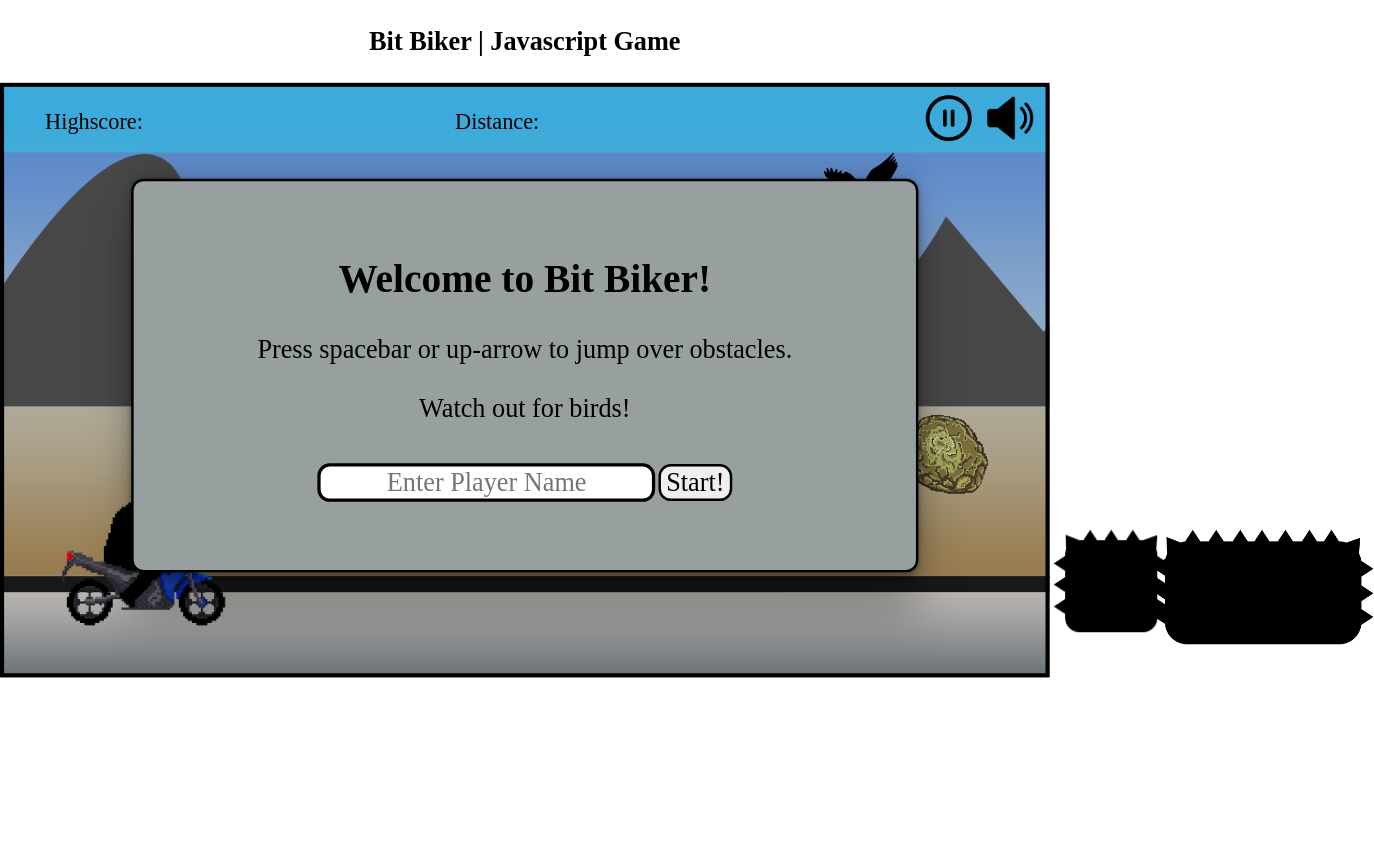
Repository: jellymel0n/bit-biker
Page: index.html
The author's editor kept a copy of each file at every save. The page is drawn from the files as they stood at one save, then again after a run of saves.
The browser window is 1280 px wide. The page is 1675 px wide, then 1645 px, so the pictures cover 1675 px, including what lies to the right of the window. The pictures show the whole page, at 82% of full size.

Above is the page before, as saved 2021-07-07 14:42:06.

### index.html
<!DOCTYPE html>
<html lang="en">
<head>
    <meta charset="UTF-8">
    <meta http-equiv="X-UA-Compatible" content="IE=edge">
    <meta name="viewport" content="width=device-width, initial-scale=1.0">
    <!-- CSS reset/normalize -->
    <link rel="stylesheet" href="styles/normalize-fwd.css">
    <!-- Local CSS -->
    <link rel="stylesheet" href="styles/styles.css">
    <title>Bit Biker | Javascript Game</title>
</head>
<body>
    <h1>Bit Biker | Javascript Game</h1>

    <main id="game-board">
        <div id="song">
            <audio id='song-playback' currentTime=''>
                <source src="assets/music/run-song.mp3" type="audio/mp3" />
                Your browser does not support audio playback
            </audio>
        </div>
        <!-- Game board header -->
        <div id='game-header'>
            <p id='highscore-text'>Highscore: </p>
            <p id='distance-text'>Distance: </p>
            <div id='btn-pause'>
                <img src="assets/graphics/icons/pause.png" alt="pause button, circle around a pause icon">
            </div>
            <div id='btn-volume'>
                <img src="assets/graphics/icons/volume.png" alt="volume button, speaker icon">
            </div>
            <div id="btn-mute">
                <img src='assets/graphics/icons/mute.png' alt='mute button, speaker icon crossed out'>
            </div>
        </div>
        <!-- End of game board header -->

        <!-- Splash screen - intro -->
        <div id='splash-screen'>
            <h2 id='splash-header'>Welcome to Bit Biker!</h2>
            <p id='splash-text'>Press spacebar or up-arrow to jump over obstacles.<br><br>Watch out for birds!</p>

            <div id="splashInput">
                <input id='player-name' type='text' placeholder='Enter Player Name'>
                <button id='savePlayer'>Start!</button>
            </div>
        </div>
        <!-- End of splash screen -->

        <!-- Pause Screen -->
        <div id="pause-screen">
            <h2>Game Paused</h2>
            <p id='pause-text'>
                To get gameplay instructions click the "Help" button<br>
                To quit the game and go back to the splash screen click "Quit".<br>
                To go back to the game, click "X" in the top corner.</p>
            <div id="pause-close">
                <img src="assets/graphics/icons/remove.png" alt="Close icon, an X with a circle around it.">
            </div>
            <div id="pause-btns">
                <div id="help-btn">
                    <p id="help-btn-text">Help</p>
                </div>
                <div id="quit-btn">
                    <p id="quit-text">Quit</p>
                </div>
            </div>
        </div>
        <!-- End of Pause Screen -->

        <!-- Help Screen -->
        <div id="help-screen">
            <h2>Gameplay Instructions</h2>
            <p id='help-text'>
                Press the spacebar or up arrow to jump, hold to jump higher.<br>
                Avoid obstacles in the road as well as birds flying above.<br>
                Rocks cannot hurt you, only spiked blocks and birds can.
                <br>
                To mute click the speaker icon in the top corner.
            </p>
            <div id="help-btns">
                <div id="resume-btn">
                    <p>Resume</p>
                </div>
                <div id="help-quit-btn">
                    <p id="quit-text">Quit</p>
                </div>
            </div>
        </div>
        <!-- End of Help Screen -->

    </main>

<!-- jQuery CDN script-->
<script src="https://code.jquery.com/jquery-3.6.0.min.js" integrity="sha256-/xUj+3OJU5yExlq6GSYGSHk7tPXikynS7ogEvDej/m4=" crossorigin="anonymous"></script>
<!-- Local JS script -->
<script src='scripts/script.js'></script>
</body>
</html>

### styles/styles.css
h1 {
    text-align: center;
    margin: 2rem auto;
}

#game-board {
    width: 80rem;
    height: 725px;
    border: 5px solid black;
    /* border-radius: 10%; */
    margin: 0 auto;
    position: relative;
    /* overflow: hidden; */
}

/* Game board header */
div#game-header {
    display: flex;
    justify-content: space-around;
    width: 100%;
    height: 5rem;
    background-color: rgba(1, 255, 255, 0.297);

}

#highscore-text,
#distance-text {
    position: absolute;
}

#highscore-text {
    font-size: 1.7rem;
    left: 50px;
}

#distance-text {
    font-size: 1.7rem;
    left: 550px;
}

#btn-pause img {
    position: absolute;
    width: 3.5rem;
    right: 90px;
    top: 10px;
}

#btn-pause img:hover {
    transform: scale(1.1);
    cursor: pointer;
}

#btn-volume img,
#btn-mute img {
    position: absolute;
    width: 3.5rem;
    right: 15px;
    top: 10px;
}

#btn-volume img:hover,
#btn-mute img:hover  {
    transform: scale(1.1);
    cursor: pointer;
}

#btn-mute {
    display: none;
}

/* end of game board header */

/* Splash screen styles */
#splash-screen {
    width: 60rem;
    height: 30rem;
    z-index: 5;
    margin: 2rem auto;
    border: 3px solid black;
    border-radius: 15px;
    align-content: center;
    background-color: rgb(152, 159, 159);
    box-shadow: rgba(0, 0, 0, 0.25) 0px 54px 55px, rgba(0, 0, 0, 0.12) 0px -12px 30px, rgba(0, 0, 0, 0.12) 0px 4px 6px, rgba(0, 0, 0, 0.17) 0px 12px 13px, rgba(0, 0, 0, 0.09) 0px -3px 5px;
}

#splash-screen h2 {
    text-align: center;
    font-size: 3rem;
}

#splash-text {
    text-align: center;
    font-size: 2rem;
    margin: 0 1rem;
}

#splashInput {
    text-align: center;
    margin-top: 3rem;
}

input[type=text] {
    border: 4px solid black;
    border-radius: 15px;
    font-size: 2rem;
    margin: 0 auto 2rem auto;
    text-align: center;
}

button#savePlayer {
    font-size: 2rem;
    color: black;
    border: 3px solid black;
    border-radius: 15px;
}

button#savePlayer:hover {
    transform: scale(1.1);
    cursor: pointer;
}
/* End of splash screen styles */

/* Pause and Help screen styles */

#pause-screen,
#help-screen {
    display: none;
    position: relative;
    z-index: 3;
    width: 60rem;
    height: 30rem;
    margin: 2rem auto;
    border: 3px solid black;
    border-radius: 15px;
    align-content: center;
    background-color: rgb(152, 159, 159);
    box-shadow: rgba(0, 0, 0, 0.25) 0px 54px 55px, rgba(0, 0, 0, 0.12) 0px -12px 30px, rgba(0, 0, 0, 0.12) 0px 4px 6px, rgba(0, 0, 0, 0.17) 0px 12px 13px, rgba(0, 0, 0, 0.09) 0px -3px 5px;
}

#pause-screen h2,
#help-screen h2 {
    text-align: center;
    font-size: 3rem;
}

#pause-text,
#help-text {
    text-align: center;
    font-size: 2rem;
    margin: 0 1rem;
}

#pause-close img {
    position: absolute;
    width: 3.5rem;
    left: 15px;
    top: 15px;
}

#pause-close img:hover {
    transform: scale(1.1);
    cursor: pointer;
}

#pause-btns,
#help-btns{
    display: flex;
    justify-content:center;
    margin-top: 3.6rem;
}

#help-btn,
#quit-btn,
#resume-btn,
#help-quit-btn {
    border: solid 3px black;
    text-align: center;
    width: 17%;
    border-radius: 10px;
    /* height: 4rem; */
    font-size: 2rem;
    vertical-align: middle;
    font-weight: bold;
    margin: 0 3rem 0 3rem;
}

#help-btn:hover,
#quit-btn:hover,
#resume-btn:hover,
#help-quit-btn:hover {
    transform: scale(1.1);
    cursor: pointer;
    background-color: black;
    color: azure;
}

/* End of Pause and Help Screen Styles */

/* Game Objects */
.player {
    position: absolute;
    background-size: contain;
    transform-origin: center center;
}

.obstacle {
    position: absolute;
    background-size: contain;
}

.bg-layer {
    position: absolute;
}

.bg-prop {
    position: absolute;
    background-size: contain;
}

### scripts/script.js
'use strict';

const game = {
    title: 'Bit Biker',
    isRunning: false,
    playerName: '',
    obstacles: [],
    pressedKeys: [],
    bgLayers: [],
    bgProps: [],
    players:[],
    loopDuration: [1000 / 60],
    speedDuration: 1000,
    speedFrame: null,
    lastKeyFrame: null,
    gravity: 90,
    gameLevel: 0,
    song: $('#song-playback')[0],
    getPlayerName: () => {
        game.playerName = $('#player-name').val();
    },
    pauseAudio: () => {
        let song = $('#song-playback');
        song.trigger("pause");
    },
    resetAudio: () => {
        let song = $('#song-playback');
        song [0].currentTime = 0;
        song.trigger("pause");

    },
    playAudio: () => {
        let song = $('#song-playback');
        song.trigger("play");
    },
    setup: () => {
        $(document).on('keydown',event => {
            if (event.which === 32) {
                event.preventDefault();
                if (game.pressedKeys.indexOf(32) < 0) {
                    game.pressedKeys.push(32);
                    console.log('spacebar down');
                    game.players[0].position[1] -= 10;
                }
            }
            else if (event.which === 38) {
                event.preventDefault();
                if (game.pressedKeys.indexOf(38) < 0) {
                    game.pressedKeys.push(38);
                    console.log('up-arrow down');
                }
            }
          });
        $(document).on('keyup', event => {
            if(event.which === 32 && game.pressedKeys.indexOf(32) >= 0) {
                game.pressedKeys.splice(game.pressedKeys.indexOf(32),1);
                game.pressedKeys= [];
                console.log('spacebar up');
            }
            else if (event.which === 38 && game.pressedKeys.indexOf(38) >= 0) {
                game.pressedKeys.splice(game.pressedKeys.indexOf(38),1);
                game.pressedKeys = [];
                console.log('up-arrow up');
            }
        });
    },

    startGame: (duration) => {
        if (duration > 0) {
            game.loopDuration = duration;
        }
        game.isRunning = true;
        window.requestAnimationFrame(game.animationFrameLoop);
    },

    stopGame: () => {
        game.isRunning = false;
        game.lastKeyFrame = null;
    },

    addBGLayer: (oBGLayer) => {
        const [left, top] = oBGLayer.position;
        const [width, height] = oBGLayer.dimensions;
        game.bgLayers.push(oBGLayer);
        const objectStyles =
            `<div id="bgLayer-${Date.now()}"
            class="${oBGLayer.classes}
            "style="width:${width}px;
            height:${height}px;
            left:${left}px;
            top:${top}px;
            background-image:url('${oBGLayer.backgroundImage}');
            z-index: -5;
            background-position-x:0px;
            background-position-y:0px;
            background-repeat: repeat-x;"
            </div>`;
        oBGLayer.$dom = $(objectStyles);
        $("#game-board").append(oBGLayer.$dom);
    },

    addBGProp: (oBGProp) => {
        const [left, top] = oBGProp.position;
        const [width, height] = oBGProp.dimensions;
        game.bgProps.push(oBGProp);
        const objectStyles =
            `<div id="bgLayer-${Date.now()}"
            class="${oBGProp.classes}
            "style="width:${width}px;
            height:${height}px;
            left:${left}px;
            top:${top}px;
            background-image:url('${oBGProp.backgroundImage}');
            z-index: -1;
            background-position-x:0px;
            background-position-y:0px;
            background-repeat: no-repeat;"
            </div>`;
        oBGProp.$dom = $(objectStyles);
        $("#game-board").append(oBGProp.$dom);
        oBGProp.$dom.css('transition',`all ${game.loopDuration / 1000}s`);
    },

    addObstacle: (oObstacle) => {
        const [left, top] = oObstacle.position;
        const [width, height] = oObstacle.dimensions;
        game.obstacles.push(oObstacle);
        const objectStyles =
            `<div id="obstacle-${Date.now()}"
            class="${oObstacle.classes}
            "style="width:${width}px;
            height:${height}px;
            left:${left}px;
            top:${top}px;
            background-image:url('${oObstacle.backgroundImage}');
            z-index: -1;
            background-position-x:0px;
            background-position-y:0px;
            background-repeat: no-repeat;"
            </div>`;
        oObstacle.$dom = $(objectStyles);
        $("#game-board").append(oObstacle.$dom);
        console.log(`Obstacle ${oObstacle} added`);
    },

    addPlayer: (oPlayer) => {
        const [left, top] = oPlayer.position;
        const [width, height] = oPlayer.dimensions;
        game.players.push(oPlayer);
        const objectStyles =
            `<div id="player-${Date.now()}"
            class="${oPlayer.classes}
            "style="width:${width}px;
            height:${height}px;
            left:${left}px;
            top:${top}px;
            background-image:url('${oPlayer.backgroundImage}');
            z-index: -1;
            background-position-x:0px;
            background-position-y:0px;
            background-repeat: no-repeat;"
            </div>`;
        oPlayer.$dom = $(objectStyles);
        $("#game-board").append(oPlayer.$dom);
    },

    animationFrameLoop: (ts) => {
        if (game.isRunning === false) {
            return;
        }
        if(game.lastKeyFrame === null) {
            game.lastKeyFrame = ts;
        }
        if(game.speedFrame === null) {
            game.speedFrame = ts;
        }
        if (ts - game.speedDuration > game.speedFrame) {

        }
        if (ts - game.loopDuration > game.lastKeyFrame) {
            const elapsedMSeconds = ts - game.lastKeyFrame;
            game.lastKeyFrame = ts;
            // Add updateposition to the obstacles, bglayers, bgprops, and player
            // console.log(`last key frame: ${game.lastKeyFrame}`);
            for (const player of game.players) {
                player.updatePosition(elapsedMSeconds);
            }
            for (const bg of game.bgLayers) {
                bg.updatePosition(elapsedMSeconds);
            }
            for (const prop of game.bgProps) {
                prop.updatePosition(elapsedMSeconds);
            }
            for (const obstacle of game.obstacles) {
                obstacle.updatePosition(elapsedMSeconds);
            }
            // if (song [0].currentTime > 0 && song [0].currentTime >= 48)
            // if (game.song.currentTime >= 5 && game.gameLevel === 0) {
            //     game.gameLevel++
            //     game.bgLayers[0].velocity -= 2;
            // }
            // if (game.song.currentTime >= 6 && game.gameLevel === 1) {
            //     game.gameLevel++
            //     game.bgLayers[0].velocity -= 2;
            // }
        }
            // if (song [0].currentTime = 0)
        window.requestAnimationFrame(game.animationFrameLoop);
    }

}



// Object classes

class Obstacle {
    constructor (
        position = [0, 0],
        dimensions = [50, 50],
        velocity = 0,
        classes = 'obstacle',
        backgroundImage = ""
     ) {
        this.position = position;
        this.dimensions = dimensions;
        this.velocity = velocity;
        this.classes = classes;
        this.backgroundImage = backgroundImage;
    }
    updatePosition(elapsedTimeMS = 1000) {
        const leftPosition = this.$dom.css("left");
        const newLeft =
          parseFloat(leftPosition.substr(0, leftPosition.length - 2)) +
          (this.velocity / 1000) * elapsedTimeMS;
        this.$dom.css("left", `${newLeft}px`);
    }
}

class BGLayer {
    constructor (
        position = [0, 0],
        dimensions = [100, 100],
        velocity = 0,
        classes = 'bg-layer',
        backgroundImage = ""
    ) {
        this.dimensions = dimensions;
        this.position = position;
        this.velocity = velocity;
        this.classes = classes;
        this.backgroundImage = backgroundImage;
    }
    updatePosition(elapsedTimeMS = 1000) {
        const leftPosition = this.$dom.css("background-position-x");
        const newLeft =
          parseFloat(leftPosition.substr(0, leftPosition.length - 2)) +
          (this.velocity / 1000) * elapsedTimeMS;
        this.$dom.css("background-position-x", `${newLeft}px`);
    }
}

class BGProp {
    constructor (
        position = [0, 0],
        dimensions = [100, 100],
        velocity = 0,
        classes = 'bg-prop',
        backgroundImage = ""
    ) {
        this.dimensions = dimensions;
        this.position = position;
        this.velocity = velocity;
        this.classes = classes;
        this.backgroundImage = backgroundImage;
    }
    updatePosition(elapsedTimeMS = 1000) {
        const leftPosition = this.$dom.css("left");
        const newLeft =
          parseFloat(leftPosition.substr(0, leftPosition.length - 2)) +
          (this.velocity / 1000) * elapsedTimeMS;
        this.$dom.css("left", `${newLeft}px`);
    }
}

class Player {
    constructor (
        position = [0, 0],
        dimensions = [100, 100],
        velocity = 0,
        classes = 'player',
        backgroundImage = "",
        jumpMax = 190
    ) {
        this.dimensions = dimensions;
        this.position = position;
        this.velocity = velocity;
        this.classes = classes;
        this.backgroundImage = backgroundImage;
        this.currentJump = 0;
        this.jumpMax = jumpMax;
        this.isJumping = false;
    }
    updatePosition(elapsedTimeMS = 500) {
        if(game.pressedKeys[0] === 32 && this.isJumping === false) {
            if(this.currentJump < this.jumpMax) {
                this.currentJump += 10;
                this.position[1] -= 25;
                this.$dom.css('transform', 'rotate(-45deg)');
                this.isJumping = true;
            }
        } else if (this.currentJump > 0) {
            this.isJumping = true;
            this.position[1] = this.currentJump * 0.9;
            this.currentJump = 0;
            this.jumpMax = 190;
            this.$dom.css('transform', 'rotate(0deg)');
            this.position[1] = 490;
        }
        if (this.currentJump >= this.jumpMax){
            this.$dom.css('transform', 'rotate(0deg)');
            this.position[1] = 490;
        }
        const currentPosition = this.$dom.position();
        this.velocity += game.gravity;
        let newTop = currentPosition.top + (this.velocity / 1000) * elapsedTimeMS;
        if (newTop > this.position[1]) {
            this.isJumping = false;
            this.velocity = 0;
            newTop = game.players[0].position[1];
        }
        this.$dom.css("top", `${newTop}px`);
    }
}

// End of object classes

// Object instantiation
const farBG = new BGLayer(
    [-5, 0], //position
    [1280, 390], //dimensions
    -25, //velocity
    undefined, // classes
    "assets/graphics/backgrounds/mountain-sky.png" //bg-image
);
game.addBGLayer(farBG);

const mediumBG = new BGLayer(
    [-5, 390],
    [1280, 206],
    -40,
    undefined,
    "assets/graphics/backgrounds/bg-background-floor.png"
);
game.addBGLayer(mediumBG);

const ground = new BGLayer(
    [-5, 596],
    [1280, 124],
    -100,
    "bg-layer bg-ground",
    "assets/graphics/backgrounds/bg-ground.png"
);
game.addBGLayer(ground);

const rock = new BGProp(
    [1100, 400],
    [100, 100],
    -100,
    undefined,
    "assets/graphics/backgrounds/rock.png"
);
game.addBGProp(rock);

const bird = new Obstacle(
    [1000, 80],
    [90, 100],
    -40,
    undefined,
    "assets/graphics/obstacles/bird.png"
);
game.addObstacle(bird);

const smallBlock = new Obstacle(
    [1280, 540],
    [140, 200],
    -100,
    undefined,
    "assets/graphics/obstacles/spiked-square.png"
);
game.addObstacle(smallBlock);

const largeBlock = new Obstacle(
    [1400, 540],
    [270, 300],
    -100,
    undefined,
    "assets/graphics/obstacles/spiked-rectangle.png"
);
game.addObstacle(largeBlock);

const player = new Player(
    [70, 490],
    [200, 450],
    0,
    undefined,
    "assets/graphics/player/biker.png"
);
game.addPlayer(player);


// Event Handlers
$('#savePlayer').on('click', () => {
    game.getPlayerName();
    $('#splash-screen').toggle();
    game.startGame();
    game.playAudio();
});

$('#btn-volume').on('click', () => {
    $('#btn-volume').toggle();
    $('#btn-mute').toggle();
    $('#song-playback').prop('muted', true);
})

$('#btn-mute').on('click', () => {
    $('#btn-volume').toggle();
    $('#btn-mute').toggle();
    $('#song-playback').prop('muted', false);
})

$('#btn-pause').on('click', () => {
    if (game.isRunning === true){
        game.pauseAudio();
        $('#pause-screen').toggle();
        game.stopGame();
    }
})

$('#pause-close').on('click', () => {
    $('#pause-screen').toggle();
    game.startGame();
    game.playAudio();

})

$('#help-btn').on('click', () => {
    $('#pause-screen').toggle();
    $('#help-screen').toggle();
})

$('#quit-btn').on('click', () => {
    game.resetAudio();
    $('#pause-screen').toggle();
    $('#splash-screen').toggle();
})

$('#resume-btn').on('click', () => {
    $('#help-screen').toggle();
    game.isRunning = true;
    game.playAudio();
})

$('#help-quit-btn').on('click', () => {
    $('#help-screen').toggle();
    $('#splash-screen').toggle();
    game.resetAudio();
})


game.setup();

Loaded but not shown: styles/normalize-fwd.css (library)

After the next 2 saves:
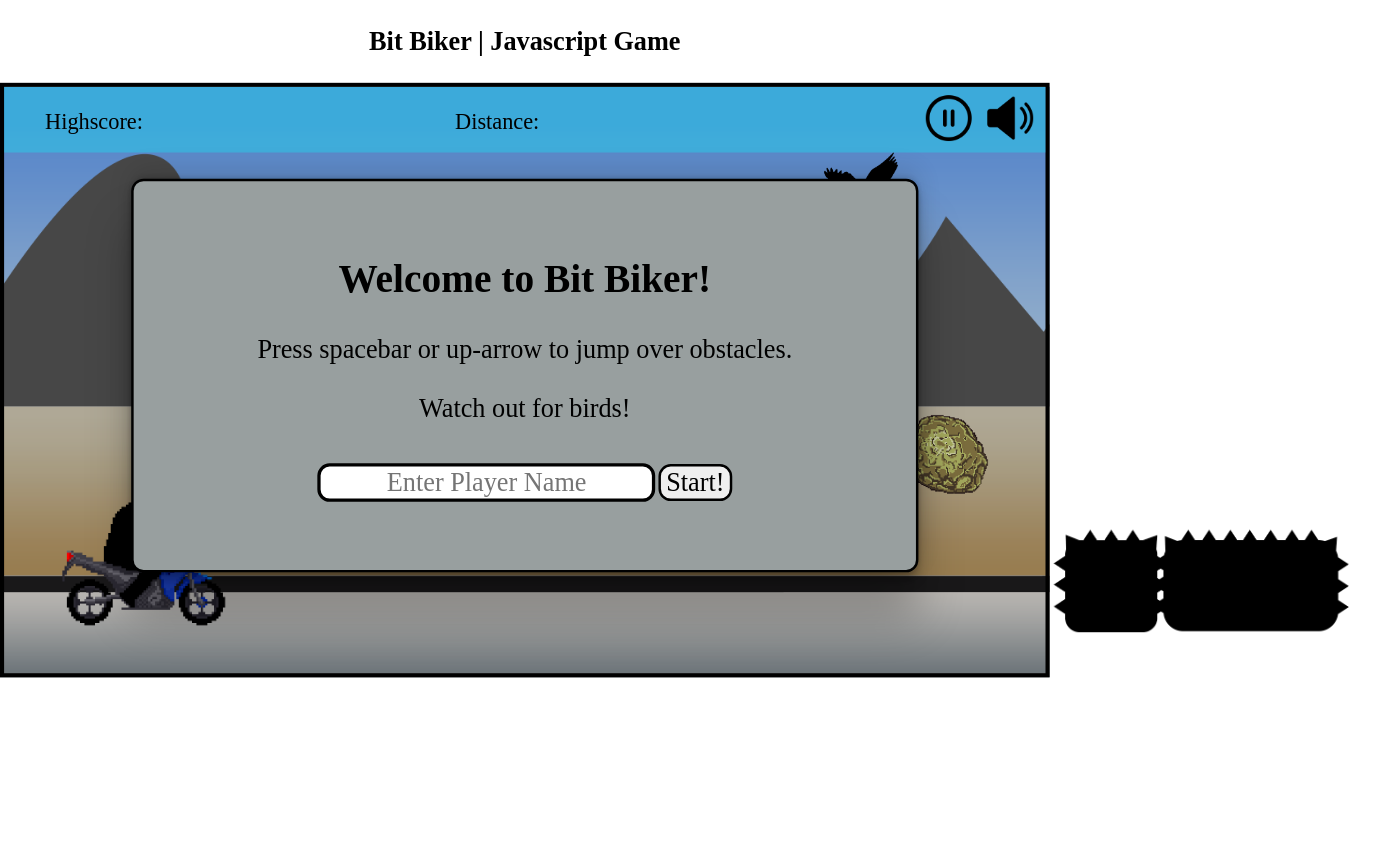
The 2 saves are shown as one change because they came seconds apart.
The last was saved 21 s later.
--- a/scripts/script.js
+++ b/scripts/script.js
@@ -392,7 +392,7 @@ game.addObstacle(smallBlock);
 
 const largeBlock = new Obstacle(
     [1400, 540],
-    [270, 300],
+    [240, 300],
     -100,
     undefined,
     "assets/graphics/obstacles/spiked-rectangle.png"
